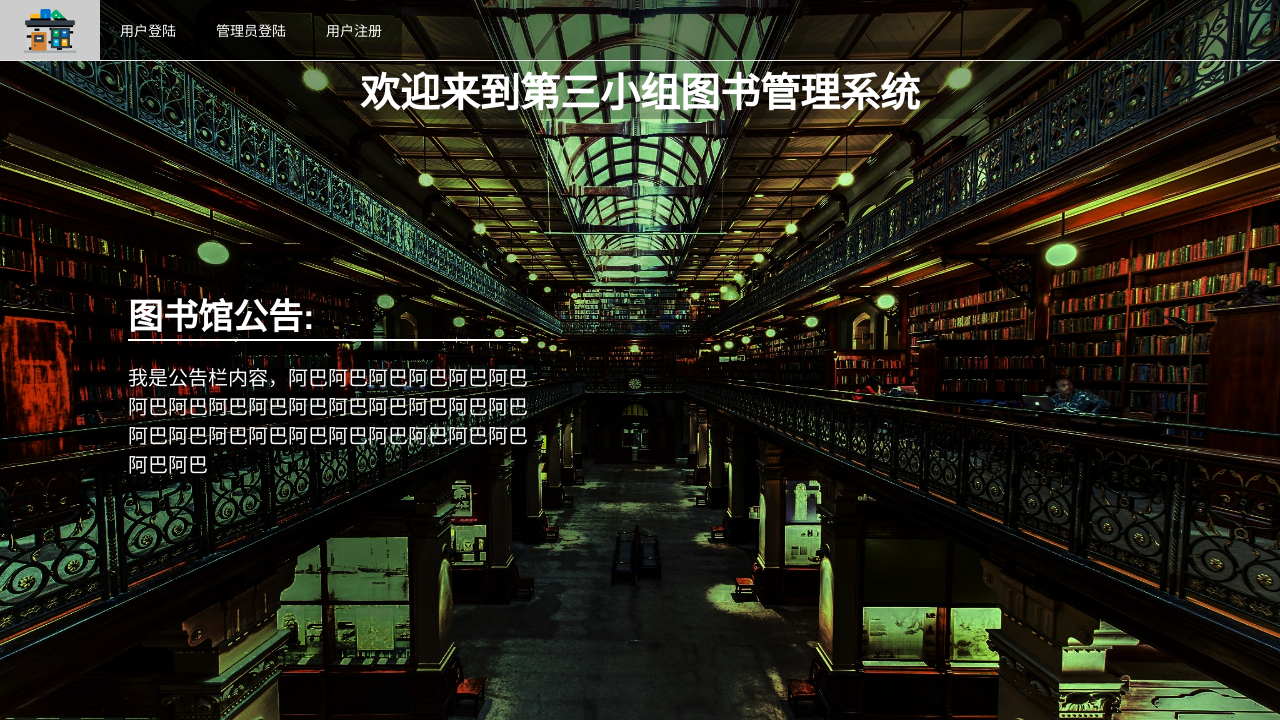
Repository: Akron-xz/helloVue
Page: / (app in vue-library/)
These files come from the project's save history. The page is drawn as it stood at one moment and after the next save; the edit follows.
The browser window is 1280 px wide. The pictures show the whole page.
The page's requests for data from a server got no answer. The project was rebuilt for these pictures with package versions that can differ from the ones it lists, and the page was loaded fresh each time. No one was signed in, and anything a server would have sent is missing.

Above is the page before, as saved 2020-11-24 20:44:34.

After the next save:
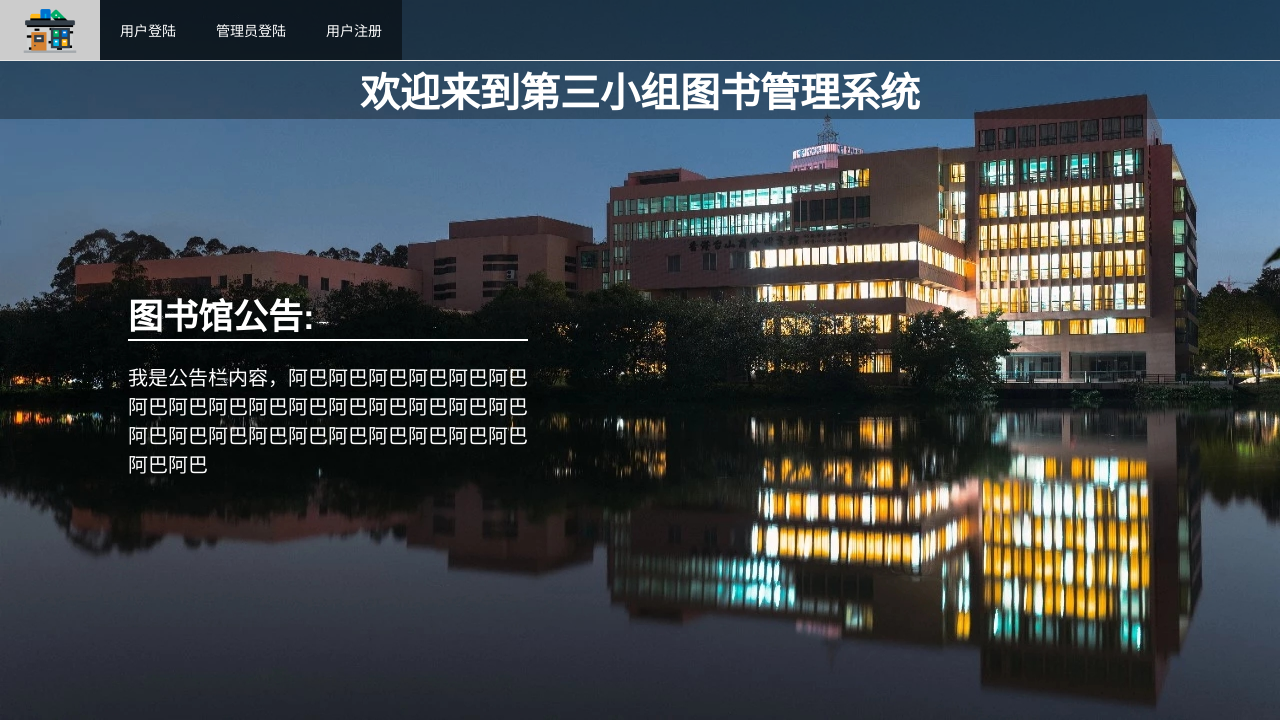
Saved 19 min 20 s later.
--- a/vue-library/src/views/Home.vue
+++ b/vue-library/src/views/Home.vue
@@ -106,7 +106,7 @@ export default {
   height: 100%;
   background-repeat: no-repeat;
   background-size: 100%;
-  background-image: url(/img/divBg/bg11.jpg);
+  background-image: url(/img/divBg/bg32.jpg);
   background-size: 100% 100%;
   text-align: center;
 }
